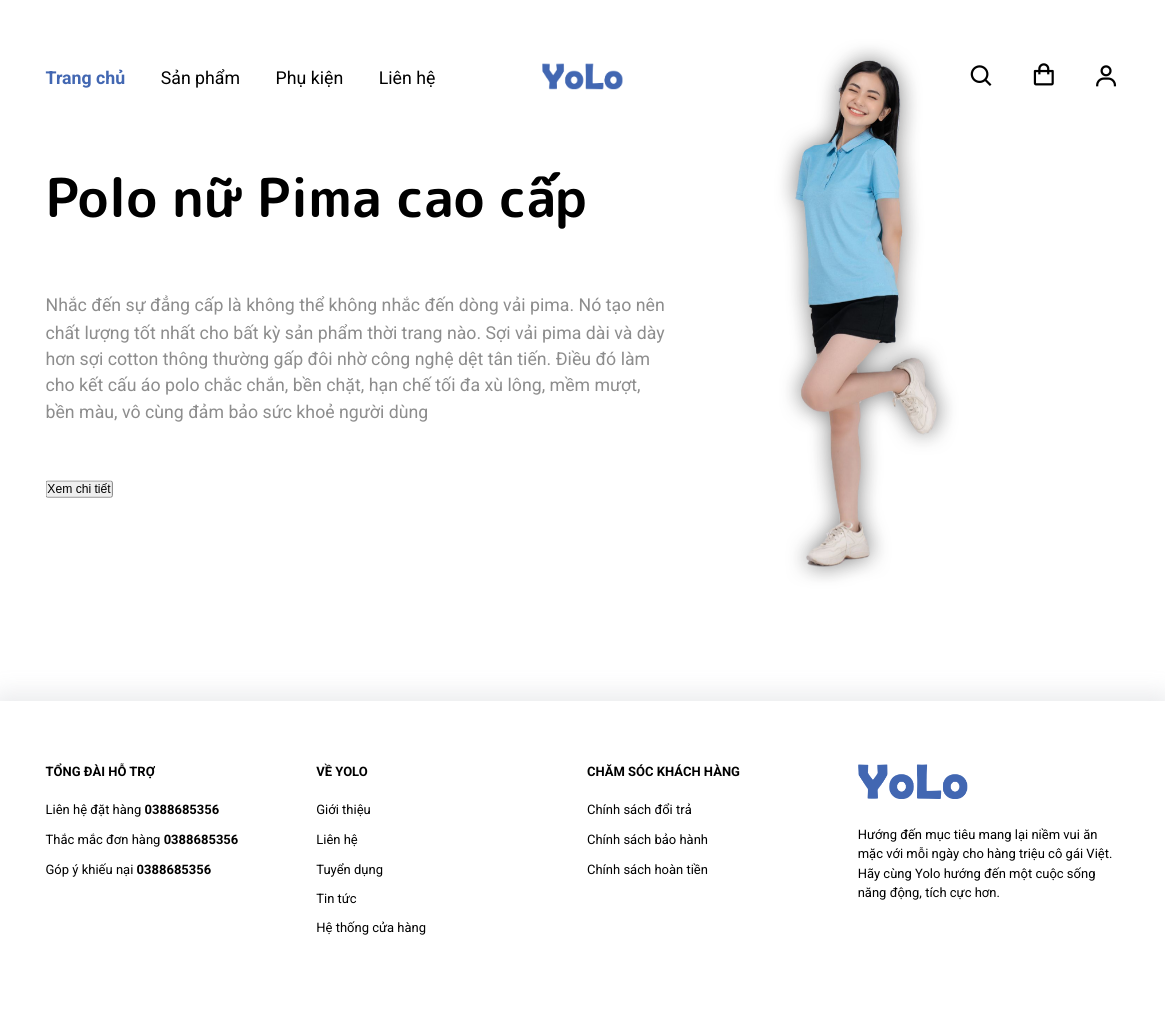
Repository: NguyenThanhBinh1210/Binh-React
Page: / (app in yoloshop/)
The author's editor kept a copy of each file at every save. The page is drawn from the files as they stood at one save, then again after a run of saves.
The browser window is 1280 px wide. The pictures show the whole page, at 91% of full size.
The project was rebuilt for these pictures with package versions that can differ from the ones it lists, and the page was loaded fresh each time. A package was used in the major version that the imports need, not the one package.json lists. Also part of the build but not shown: yoloshop/src/pages/Product.jsx, yoloshop/src/pages/Catalog.jsx, yoloshop/src/pages/Cart.jsx, yoloshop/src/pages/Accessory.jsx, yoloshop/src/pages/Contact.jsx.

Above is the page before, as saved 2021-11-25 12:13:27.

After the next 2 saves:
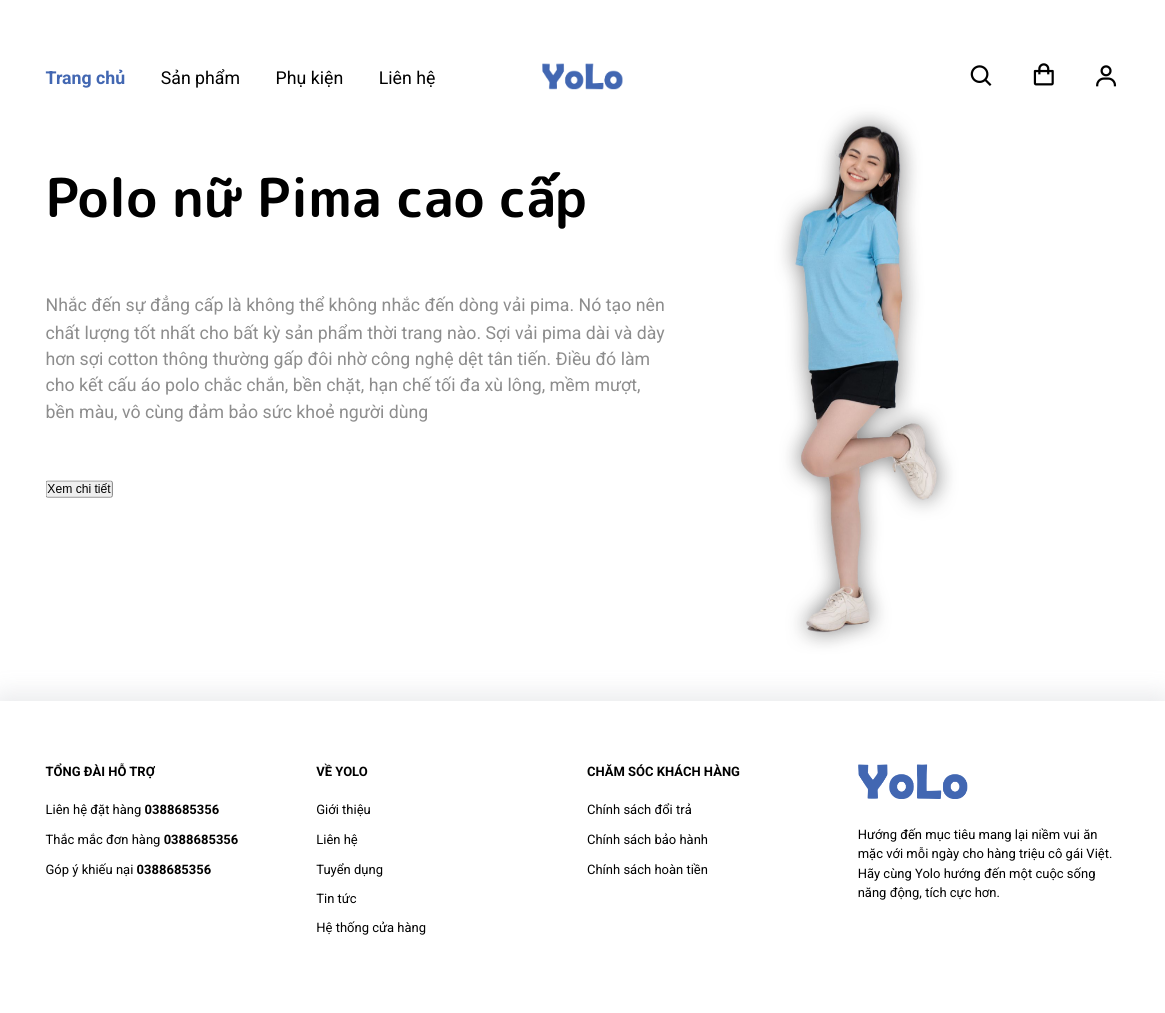
The 2 saves are shown as one change because 1 did not build or start.
The last was saved 67 s later.
--- a/yoloshop/src/sass/components/_hero-slider.scss
+++ b/yoloshop/src/sass/components/_hero-slider.scss
@@ -56,6 +56,7 @@
 			height: 100%;
 			z-index: 1000;
 			pointer-events: none;
+			@include flex(flex-end, flex-start);
 			img {
 				height: 90vh;
 			}
